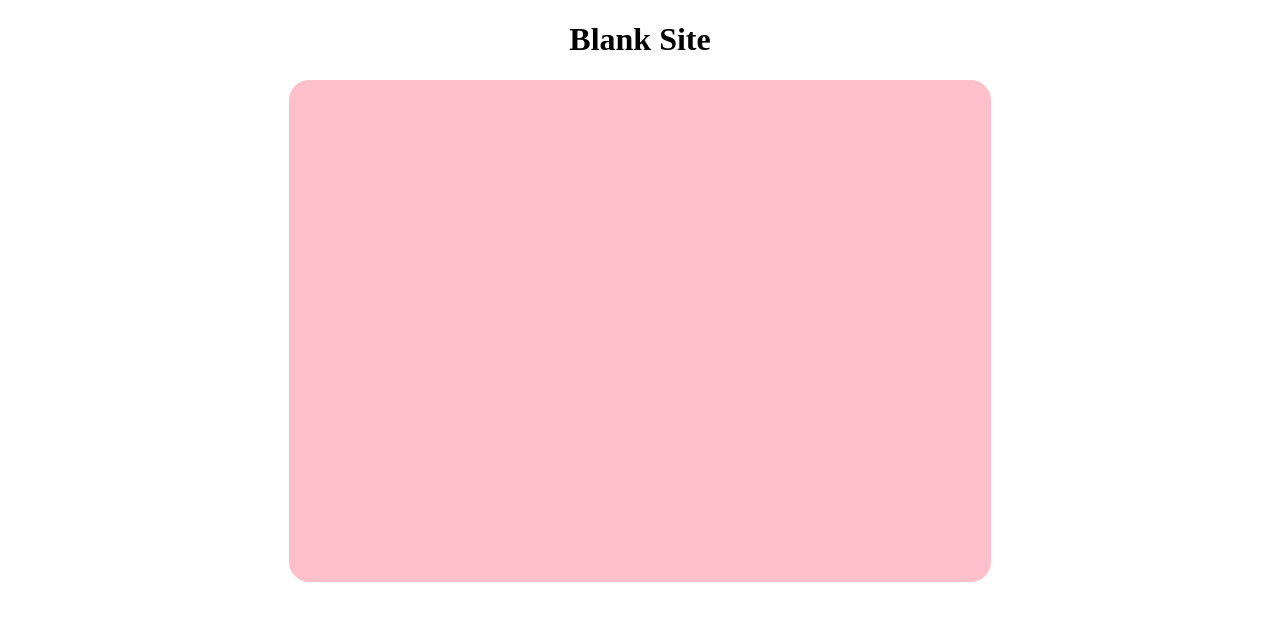
Repository: yhung004/Blank_Project
Page: index.html
These files come from the project's save history. The page is drawn as it stood at one moment and after the next save; the edit follows.
The browser window is 1280 px wide. The pictures show the whole page.

Above is the page before, as saved 2024-04-04 02:31:15.

### index.html
<!DOCTYPE html>
<html lang="en">
<head>
    <meta charset="UTF-8">
    <meta name="viewport" content="width=device-width, initial-scale=1.0">
    <title>Blank_Project</title>
    <link rel="stylesheet" href="index.css">
</head>
<body>
    <h1 class="header1">Blank Site</h1>
    <div class="main">
        <div class="container"></div>

    </div>

</body>
</html>

### index.css
.header1 {
    text-align: center;
}
.main {
    background-color: pink;
    width: 700px;
    height: 500px;
    margin:auto;
    border: 1px solid pink;
    border-radius: 20px;
}

After the next save:
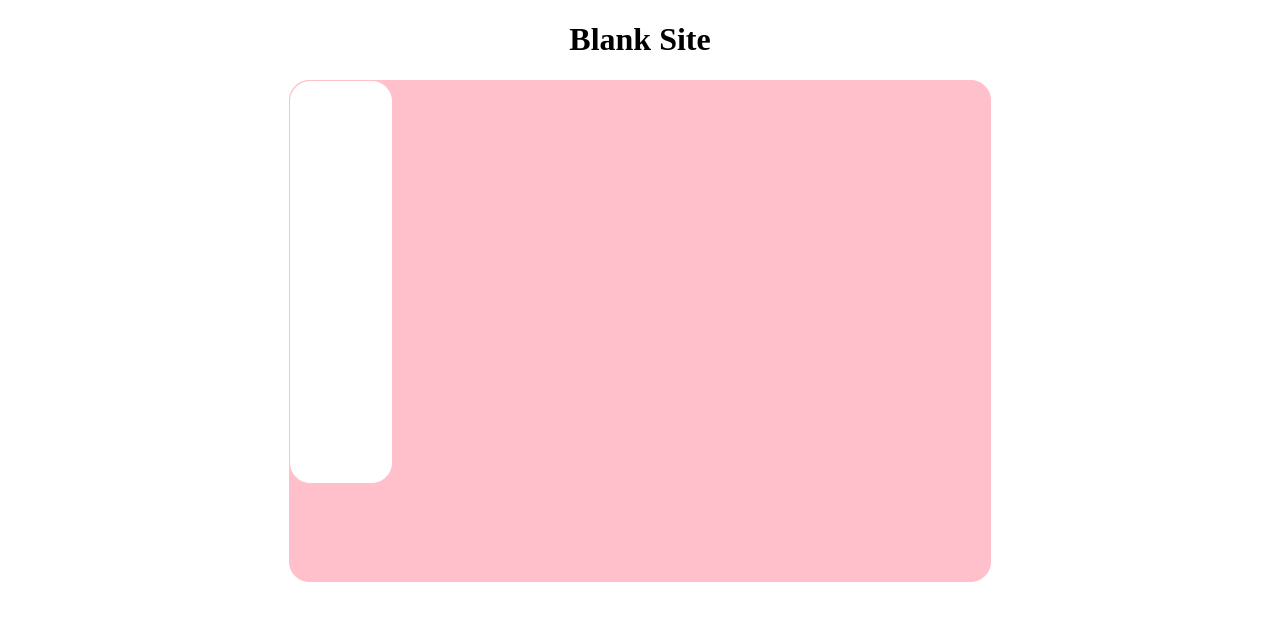
Saved 80 s later.
--- a/index.css
+++ b/index.css
@@ -9,3 +9,11 @@
     border: 1px solid pink;
     border-radius: 20px;
 }
+.container {
+    background-color:white;
+    width:100px;
+    height: 400px;
+    position:absolute;
+    border :1px solid white;
+    border-radius: 20px;
+}
